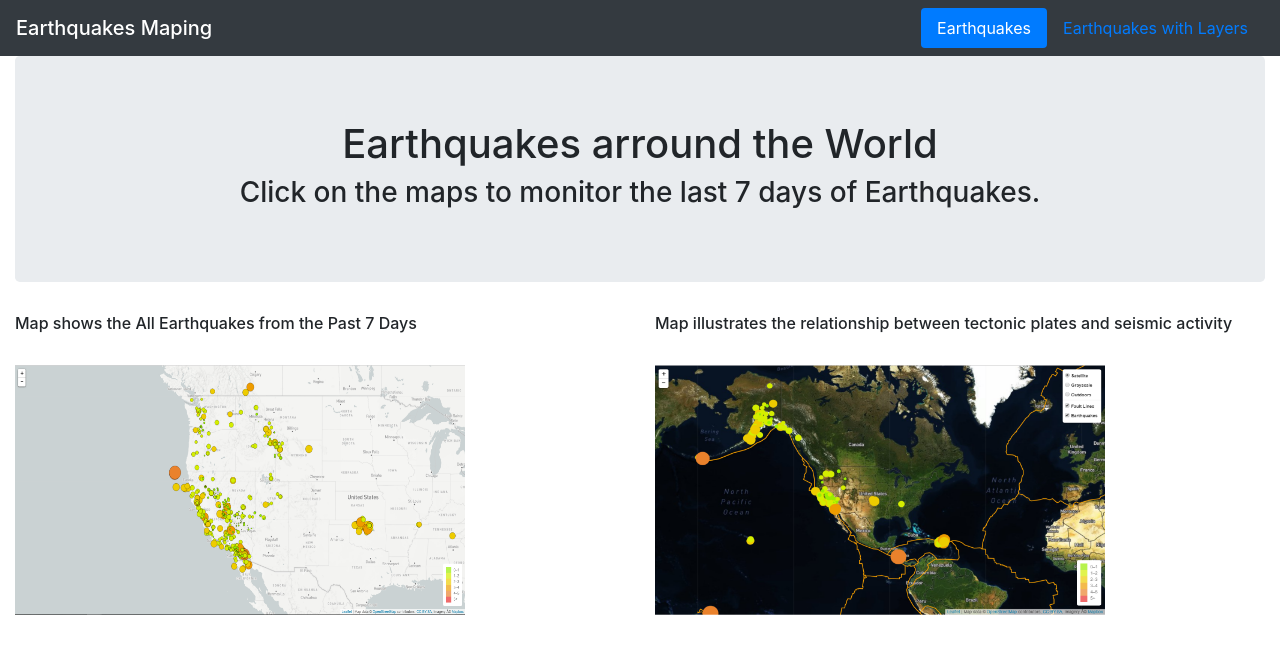
Repository: ermiasgelaye/leaflet-challenge
Page: index.html
These files come from the project's save history. The page is drawn as it stood at one moment and after the next save; the edit follows.
The browser window is 1280 px wide. The pictures show the whole page.

Above is the page before, as saved 2020-09-18 21:45:05.

After the next save:
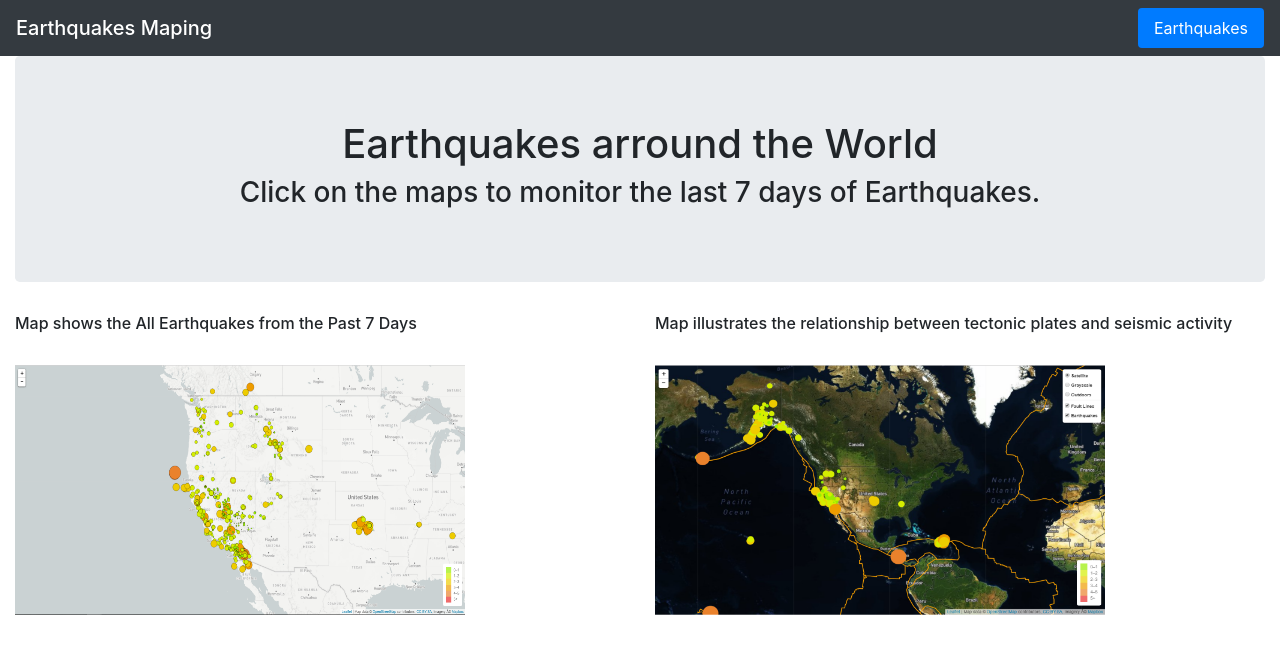
Saved 5 s later.
--- a/index.html
+++ b/index.html
@@ -27,8 +27,7 @@
           <a class="nav-link active" href="Leaflet-Step-1/step-1.html"
             >Earthquakes</a
           >
-          <li class="nav-item">
-            <a class="nav-link " href="Leaflet-Step-2/step-2.html">Earthquakes with Layers</a>
+
         </li>
 
 

After the save that followed:
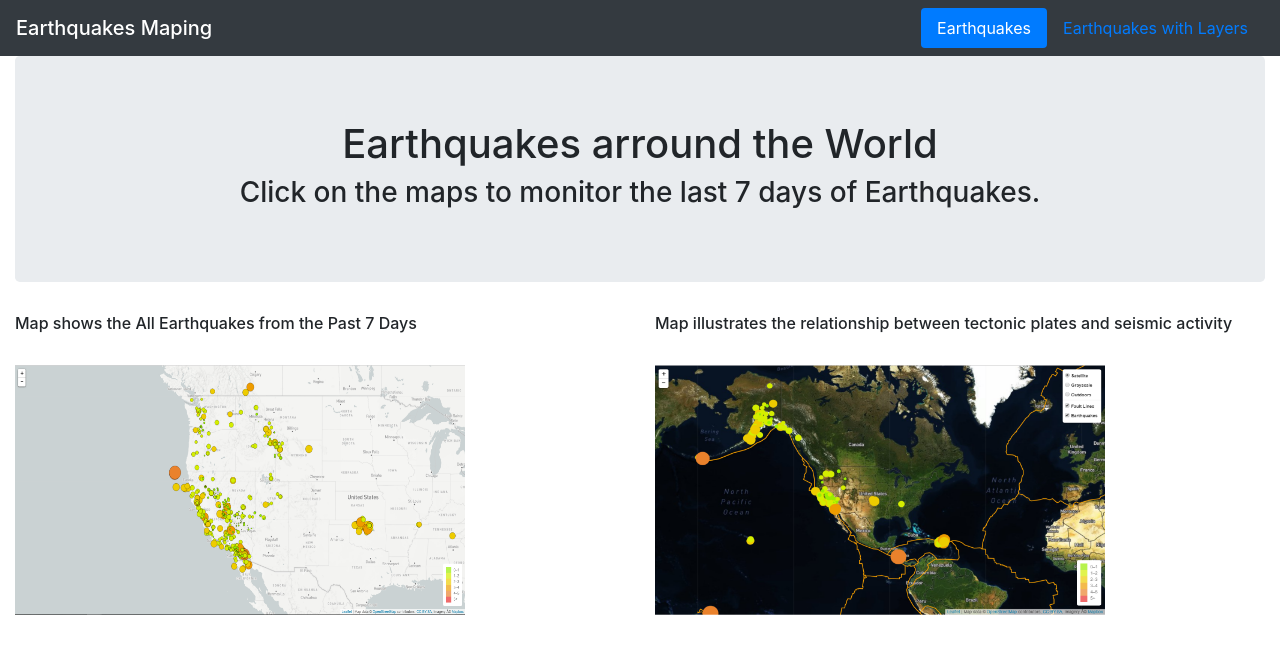
Saved 6 s later.
--- a/index.html
+++ b/index.html
@@ -27,10 +27,12 @@
           <a class="nav-link active" href="Leaflet-Step-1/step-1.html"
             >Earthquakes</a
           >
-
         </li>
 
-
+        <li class="nav-item">
+          <a class="nav-link " href="Leaflet-Step-2/step-2.html"
+            >Earthquakes with Layers</a
+          >
         </li>
       </ul>
     </nav>
